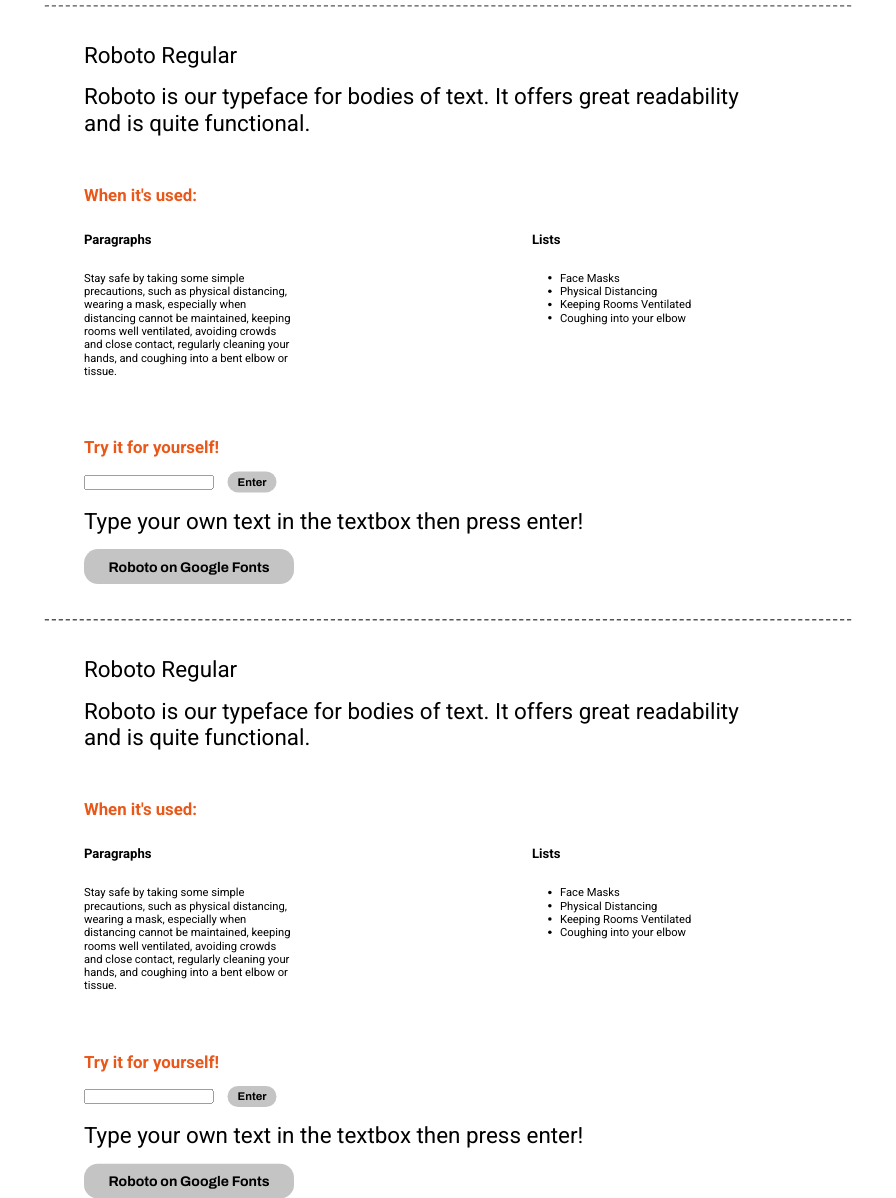
Repository: Levic559/bird-styleguide
Page: typography/index.html
An editor plug-in stored every save of this project. The page is shown before and after the next save, followed by the edit.
The browser window is 1280 px wide. The pictures show the part of the page from y = 869 to 2789 px (the page is 2581 px tall before and 2789 px after), at 70% of full size.

Above is the page before, as saved 2021-03-22 06:10:03.

### typography/index.html
<!DOCTYPE html>
<html>
    <head>
        <title>
            Typography
        </title>
        <link rel="preconnect" href="https://fonts.gstatic.com">
        <link href="https://fonts.googleapis.com/css2?family=Archivo:wght@700&family=Roboto:wght@400;700&display=swap" rel="stylesheet">
        <link href="style.css" rel="stylesheet">
    </head>
    <body>
        <div class="main">
            <!--Roboto-->
            <div class="fontcontainer">
                <h1 class="Roboto top">Roboto Regular</h1>
                <h1 class="Roboto">Roboto is our typeface for bodies of text. It offers great readability and is quite functional.</h1>
                <h2 class="Orange">When it's used:</h3>
                <div class="examplescontainer">
                    <div class="column">
                        <h3>Paragraphs</h3>
                        <p>
                            Stay safe by taking some simple precautions, such as physical distancing, wearing a mask, especially when distancing cannot be maintained, keeping rooms well ventilated, avoiding crowds and close contact, regularly cleaning your hands, and coughing into a bent elbow or tissue.
                        </p>
                    </div>
                    <div class="column">
                        <h3>Lists</h3>
                        <ul>
                            <li>Face Masks</li>
                            <li>Physical Distancing</li>
                            <li>Keeping Rooms Ventilated</li>
                            <li>Coughing into your elbow</li>
                        </ul>
                    </div>
                </div>

                <h2 class="Orange">Try it for yourself!</h2>

                <div class="inputcontainer">
                    <input type="text" id="input1"></input>
                    <div class="enter" onclick="textOne()">Enter</div>
                </div>
                <h1 class="Roboto" id="output1">Type your own text in the textbox then press enter!</h1>
                <div class="linkbutton">Roboto on Google Fonts</div>
            </div>

            <div class="divider"></div>

            <!--Roboto Bold-->
            <div class="fontcontainer">
                <h1 class="Roboto top">Roboto Regular</h1>
                <h1 class="Roboto">Roboto is our typeface for bodies of text. It offers great readability and is quite functional.</h1>
                <h2 class="Orange">When it's used:</h3>
                <div class="examplescontainer">
                    <div class="column">
                        <h3>Paragraphs</h3>
                        <p>
                            Stay safe by taking some simple precautions, such as physical distancing, wearing a mask, especially when distancing cannot be maintained, keeping rooms well ventilated, avoiding crowds and close contact, regularly cleaning your hands, and coughing into a bent elbow or tissue.
                        </p>
                    </div>
                    <div class="column">
                        <h3>Lists</h3>
                        <ul>
                            <li>Face Masks</li>
                            <li>Physical Distancing</li>
                            <li>Keeping Rooms Ventilated</li>
                            <li>Coughing into your elbow</li>
                        </ul>
                    </div>
                </div>

                <h2 class="Orange">Try it for yourself!</h2>

                <div class="inputcontainer">
                    <input type="text" id="input2"></input>
                    <div class="enter" onclick="textTwo()">Enter</div>
                </div>
                <h1 class="Roboto" id="output2">Type your own text in the textbox then press enter!</h1>
                <div class="linkbutton">Roboto on Google Fonts</div>
            </div>

            <div class="divider"></div>

            <!--Archivo-->
            <div class="fontcontainer">
                <h1 class="Roboto top">Roboto Regular</h1>
                <h1 class="Roboto">Roboto is our typeface for bodies of text. It offers great readability and is quite functional.</h1>
                <h2 class="Orange">When it's used:</h3>
                <div class="examplescontainer">
                    <div class="column">
                        <h3>Paragraphs</h3>
                        <p>
                            Stay safe by taking some simple precautions, such as physical distancing, wearing a mask, especially when distancing cannot be maintained, keeping rooms well ventilated, avoiding crowds and close contact, regularly cleaning your hands, and coughing into a bent elbow or tissue.
                        </p>
                    </div>
                    <div class="column">
                        <h3>Lists</h3>
                        <ul>
                            <li>Face Masks</li>
                            <li>Physical Distancing</li>
                            <li>Keeping Rooms Ventilated</li>
                            <li>Coughing into your elbow</li>
                        </ul>
                    </div>
                </div>

                <h2 class="Orange">Try it for yourself!</h2>

                <div class="inputcontainer">
                    <input type="text" id="input3"></input>
                    <div class="enter" onclick="textThree()">Enter</div>
                </div>
                <h1 class="Roboto" id="output3">Type your own text in the textbox then press enter!</h1>
                <div class="linkbutton">Roboto on Google Fonts</div>
            </div>

        </div>
    </body>
    <script src="index.js"></script>
</html>

### typography/style.css
body {
    margin: 0px;
    padding: 0px;
    box-sizing: border-box;
}

.main {
    width: 100vw;
    height: 280vh;
    display: flex;
    flex-direction: column;
    justify-content: flex-start;
    font-family: Roboto;
}

.fontcontainer {
    margin-left: 120px;
    width: 940px;
}

.Roboto {
    font-family: Roboto;
    font-weight: normal;
}

.RB {
    font-family: Roboto;
}

.top {
    margin-top: 50px;
}

.Orange {
    color: #E95719;
    font-family: Roboto;
    margin-top: 70px;
}

.examplescontainer {
    display: flex;
    justify-content: space-between;
}

.column {
    width: 300px;
    display: flex;
    flex-direction: column;
}

.inputcontainer {
    display: flex;
    flex-direction: row;
    align-items: center;
}

.enter {
    width: 70px;
    height: 30px;
    background-color: #C4C4C4;
    color: black;
    font-family: Archivo;
    font-weight: bold;
    display: flex;
    justify-content: center;
    align-items: center;
    border-radius: 20px;
    margin-left: 20px;
}

.enter:hover, .linkbutton:hover{
    border: #545454 1px solid;
}

.linkbutton {
    width: 300px;
    height: 50px;
    background-color: #C4C4C4;
    color: black;
    font-family: Archivo;
    font-weight: bold;
    display: flex;
    justify-content: center;
    align-items: center;
    border-radius: 20px;
    font-size: 20px;
}

.divider {
    align-self: center;
    border:none;
    border-top: 2px dashed #545454;
    width: 90%;
    margin-top: 50px;
}

### typography/index.js
function textOne (){
    var text = document.getElementById("input1").value
    document.getElementById("output1").innerHTML = text
}

function textTwo (){
    var text = document.getElementById("input2").value
    document.getElementById("output2").innerHTML = text
}

function textThree (){
    var text = document.getElementById("input3").value
    document.getElementById("output3").innerHTML = text
}

After the next save:
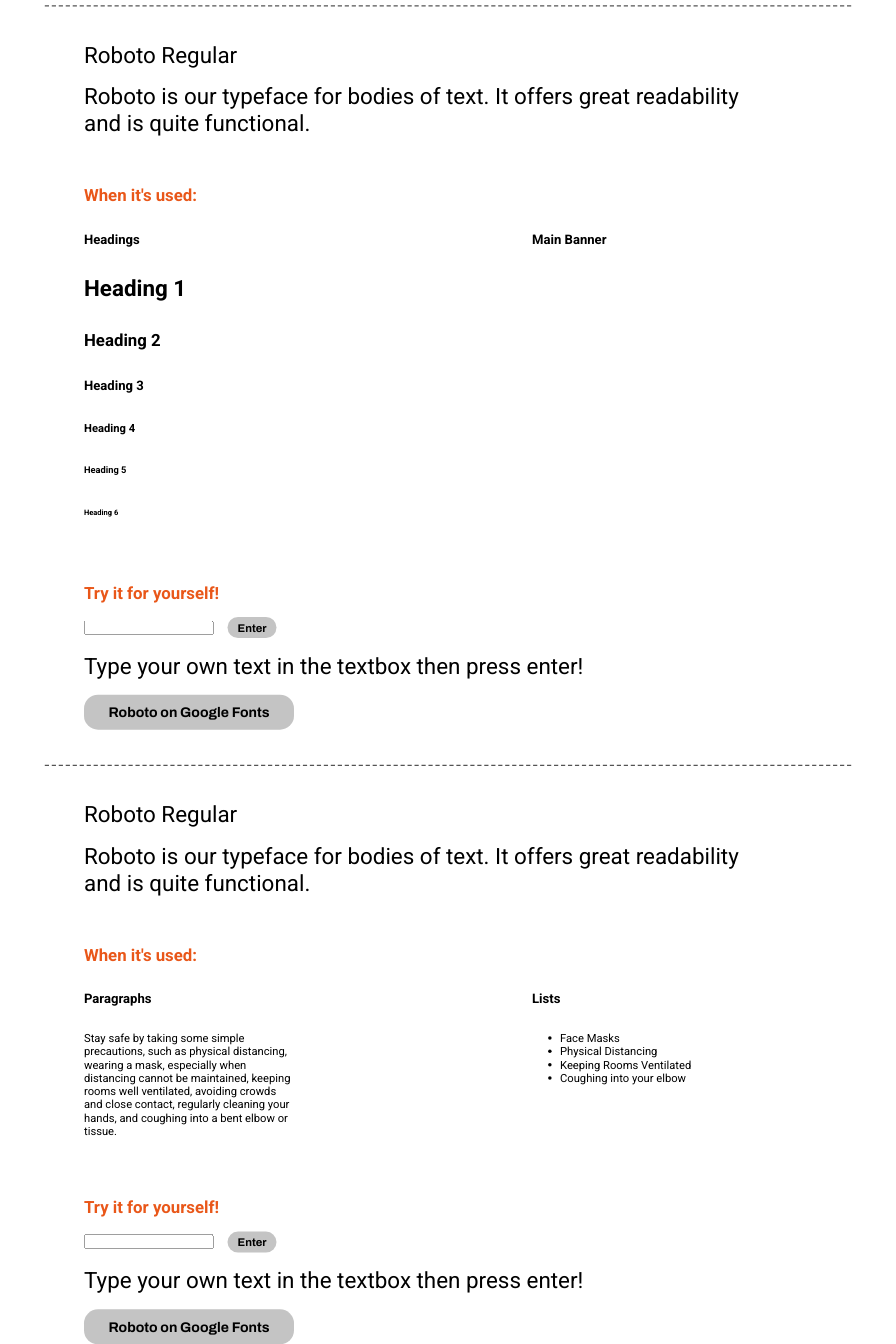
Saved 54 s later.
--- a/typography/index.html
+++ b/typography/index.html
@@ -52,19 +52,17 @@
                 <h2 class="Orange">When it's used:</h3>
                 <div class="examplescontainer">
                     <div class="column">
-                        <h3>Paragraphs</h3>
-                        <p>
-                            Stay safe by taking some simple precautions, such as physical distancing, wearing a mask, especially when distancing cannot be maintained, keeping rooms well ventilated, avoiding crowds and close contact, regularly cleaning your hands, and coughing into a bent elbow or tissue.
-                        </p>
+                        <h3>Headings</h3>
+                        <h1 class="RB">Heading 1</h1>
+                        <h2 class="RB">Heading 2</h2>
+                        <h3 class="RB">Heading 3</h3>
+                        <h4 class="RB">Heading 4</h4>
+                        <h5 class="RB">Heading 5</h5>
+                        <h6 class="RB">Heading 6</h6>
                     </div>
                     <div class="column">
-                        <h3>Lists</h3>
-                        <ul>
-                            <li>Face Masks</li>
-                            <li>Physical Distancing</li>
-                            <li>Keeping Rooms Ventilated</li>
-                            <li>Coughing into your elbow</li>
-                        </ul>
+                        <h3>Main Banner</h3>
+
                     </div>
                 </div>
 
